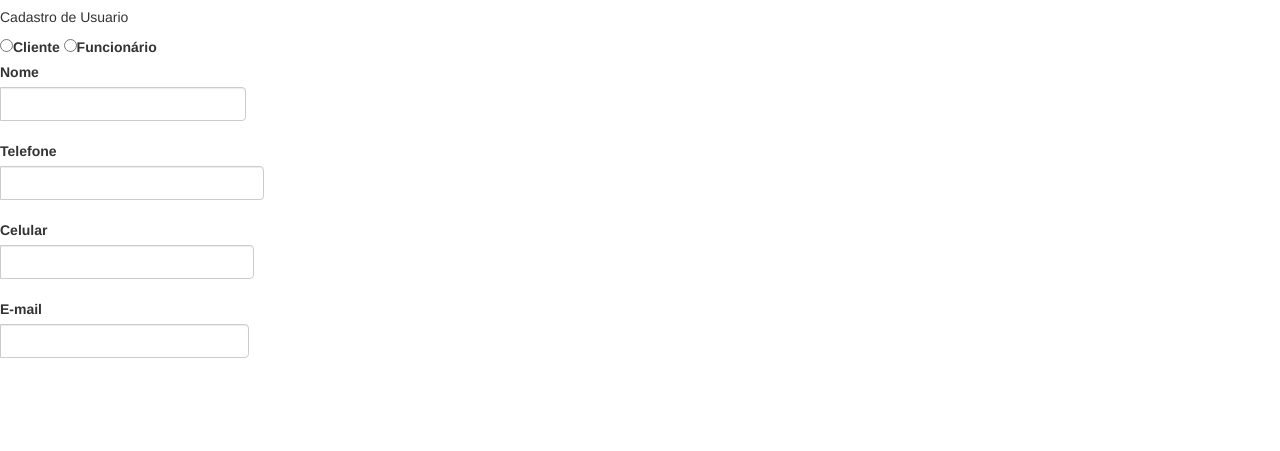
Repository: cadupedrassani/CursoDeJava
Page: Avaliação/BaseAPI/WebApp/src/main/webapp/usuario/cadastro.html
The author's editor kept a copy of each file at every save. The page is drawn from the files as they stood at one save, then again after the next save.
The browser window is 1280 px wide. The pictures show the whole page.

Above is the page before, as saved 2016-12-07 16:27:16.

### Avaliação/BaseAPI/WebApp/src/main/webapp/usuario/cadastro.html
<!DOCTYPE html>
<html>
<head>
<meta charset="UTF-8">
<title>Insert title here</title>
<link rel="stylesheet" href="/WebApp/resources/css/bootstrap.min.css">
</head>
<body>
<div>
	<h5>Cadastro de Usuario</h5>
</div>

<div>
<label>
	<input type="radio" name="tipo-usuario" value="0">Cliente
</label>
<label>
	<input type="radio" name="tipo-usuario" value="1">Funcionário
</label>
</div>

<div class="input-group">
	<label>Nome</label>
	<input id="nome-usuario"
	       type="text"
	       class="form-control"></input>
</div>
</br>

<div class="input-group">
	<label>Telefone</label>
	<input id="telefone-usuario"
	       type="text"
	       class="form-control"></input>
</div>
</br>

<div class="input-group">
	<label>Celular</label>
	<input id="celular-usuario"
	       type="text"
	       class="form-control"></input>
</div>
</br>

<div class="input-group">
	<label>E-mail</label>
	<input id="email-usuario"
	       type="text"
	       class="form-control"></input>
</div>
</br>

<div id="modal-mensagens" class="modal fade" tabindex="-1" role="dialog">
	<div class="modal-dialog" role="document">
		<div class="modal-content">
			<div class="modal-header">
				<h5 id="modal-title" class="modal-title"></h5>
			</div>
			<div class="modal-body">
				<label id="modal-mensagem"></label>
			</div>
			<div class="modal-footer">
				<button type="button"
						class="btn btn-default gold"
						data-dismiss="modal">OK</button>
			</div>
		</div>
	</div>
</div>

<script src="/WebApp/resources/js/jquery.min.js"></script>
<script src="/WebApp/resources/js/bootstrap.min.js"></script>
<script src="/WebApp/resources/js/default.js"></script>

<script src="/WebApp/resources/js/usuario.js"></script>

</body>
</html>

### Avaliação/BaseAPI/WebApp/src/main/webapp/resources/js/default.js

function abrirTelaCadastroCategoria(){
	var url = "/WebApp/categoria/cadastro.html";
	$.get(url, '', function(data){
		$('#conteudo-principal').html(data);
	})
}

function abrirTelaPesquisaCategoria(){
	var url = "/WebApp/categoria/pesquisa.html";
	$.get(url, '', function(data){
		$('#conteudo-principal').html(data)
	})
}


function abrirTelaCadastroEndereco(){
	var url = "/WebApp/endereco/cadastro.html";
	$.get(url, '', function(data){
		$('#conteudo-principal').html(data);
	})
}

function abrirTelaCadastroFilme(){
	var url = "/WebApp/filme/cadastro.html";
	$.get(url, '', function(data){
		$('#conteudo-principal').html(data);
	})
}

function abrirTelaCadastroUsuario(){
	var url = "/WebApp/usuario/cadastro.html";
	$.get(url, '', function(data){
		$('#conteudo-principal').html(data);
	})
}

Loaded but not shown: Avaliação/BaseAPI/WebApp/src/main/webapp/resources/css/bootstrap.min.css (library); Avaliação/BaseAPI/WebApp/src/main/webapp/resources/js/jquery.min.js (library); Avaliação/BaseAPI/WebApp/src/main/webapp/resources/js/bootstrap.min.js (library); Avaliação/BaseAPI/WebApp/src/main/webapp/resources/js/usuario.js (no copy from this time; the picture is the same without it)

After the next save:
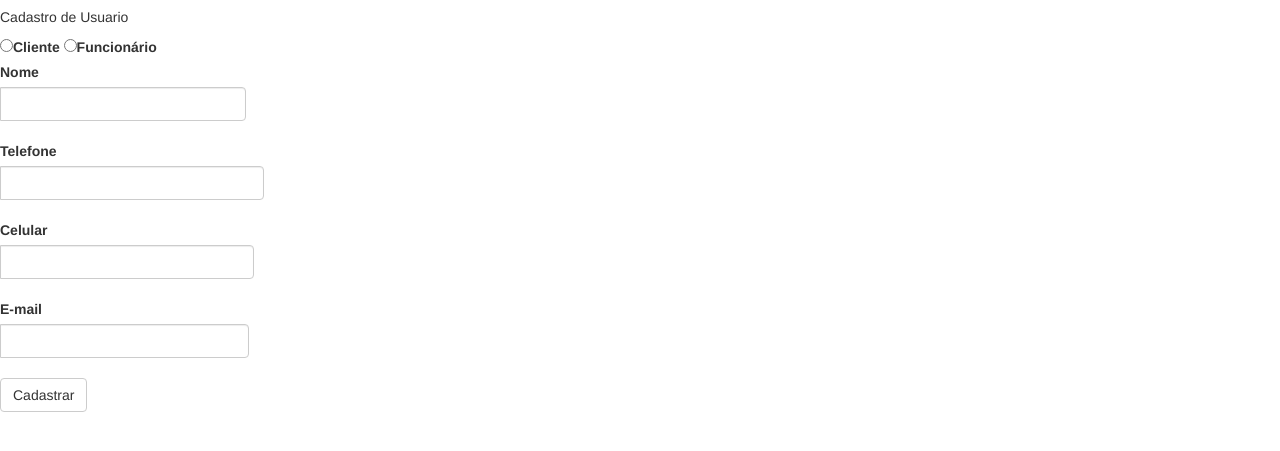
Saved 47 s later.
--- a/Avaliação/BaseAPI/WebApp/src/main/webapp/usuario/cadastro.html
+++ b/Avaliação/BaseAPI/WebApp/src/main/webapp/usuario/cadastro.html
@@ -51,6 +51,13 @@
 </div>
 </br>
 
+<div class="input-group">
+	<button id="cadastrar"
+	        type="button"
+	        class="btn btn-default gold"
+	        onclick="cadastrarUsuario();">Cadastrar</button>
+</div>
+
 <div id="modal-mensagens" class="modal fade" tabindex="-1" role="dialog">
 	<div class="modal-dialog" role="document">
 		<div class="modal-content">
